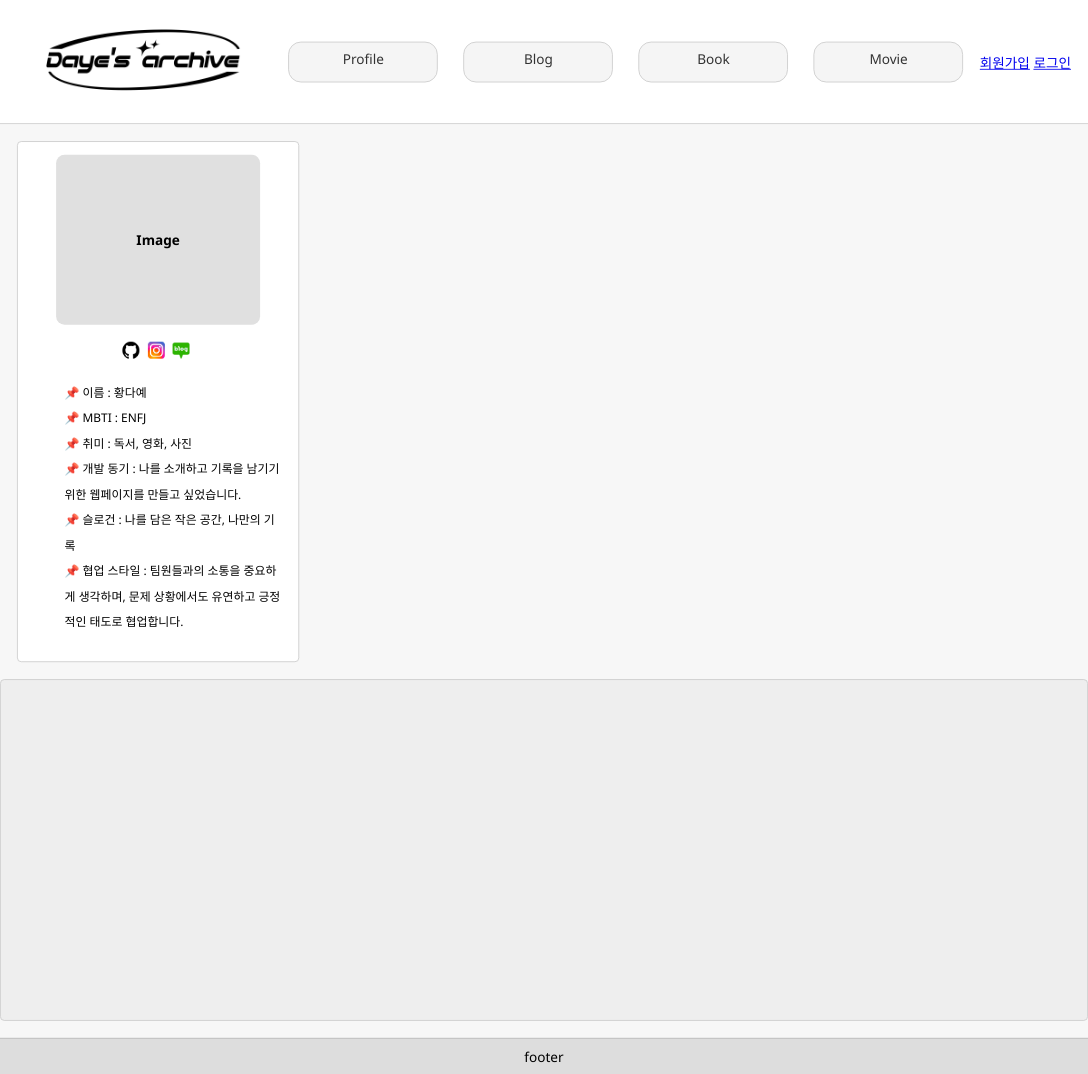
Repository: HWANG-DAYE/spring_project
Page: http://localhost/daye_archive/WEB-INF/views/main.jsp
The author's editor kept a copy of each file at every save. The page is drawn from the files as they stood at one save, then again after the next save.
The browser window is 1280 px wide. The pictures show the whole page, at 85% of full size.
The page is served by Tomcat 9. Nobody is signed in. Other server files are loaded and not shown. The template is opened directly, without the code that normally fills it, so the values that code supplies are empty.

Above is the page before, as saved 2025-08-06 08:10:19.

### daye_archive/src/main/webapp/WEB-INF/views/main.jsp
<%@ page language="java" contentType="text/html; charset=UTF-8"
	pageEncoding="UTF-8"%>
<%@ taglib uri="http://java.sun.com/jsp/jstl/core" prefix="c"%>
<!DOCTYPE html>
<html lang="ko">
<head>
<meta charset="UTF-8">
<title>메인 페이지</title>
<style>
body {
	margin: 10px;
	font-family: 'Segoe UI', Tahoma, Geneva, Verdana, sans-serif;
	background-color: #f7f7f7;
	font-family: 'Segoe UI', Tahoma, Geneva, Verdana, sans-serif;
}

header {
	display: flex;
	justify-content: space-between;
	align-items: center;
	padding: 10px 20px;
	background-color: #ffffff;
	border-bottom: 1px solid #ccc;
}

.container {
	display: flex;
	padding: 20px;
}

.profile {
	width: 300px;
	background-color: #fff;
	border: 1px solid #ccc;
	padding: 15px;
	border-radius: 5px;
	margin-right: 20px;
	text-align: center;
	align-items: center;
}

.profile .image-box {
	width: 80%;
	height: 200px;
	background-color: #e0e0e0;
	border-radius: 10px;
	margin: 0 auto 20px; /* 가운데 정렬을 위해 수정 */
	display: flex;
	justify-content: center;
	align-items: center;
	font-weight: bold;
}

.profile .sns {
	margin: 8px 0;
}

.profile .sns img {
	width: 20px;
	margin-right: 5px;
}

.profile ul {
	text-align: left;
	list-style: none;
	margin-top: 20px;
}

.profile li {
	font-size: 14px;
	line-height: 30px;
}

.content {
	flex: 1;
	background-color: #eeeeee;
	border: 1px solid #ccc;
	border-radius: 5px;
	min-height: 400px;
}

footer {
	text-align: center;
	padding: 10px;
	background-color: #ddd;
	border-top: 1px solid #bbb;
	margin-top: 20px;
}
</style>
</head>
<body>

	<header>
		<jsp:include page="navi.jsp" />
	</header>

	<div class="container">
		<div class="profile">
			<div class="image-box">Image</div>
				<div class="sns">
					<img src="<c:url value='/resources/images/git.png' />" alt="GitHub">
					<img src="<c:url value='/resources/images/insta.png' />" alt="Instagram">
					<img src="<c:url value='/resources/images/blog.png' />" alt="Blog">
				</div>
				<ul>
					<li>📌 이름 : 황다예</li>
					<li>📌 MBTI : ENFJ</li>
					<li>📌 취미 : 독서, 영화, 사진</li>
					<li>📌 개발 동기 : 나를 소개하고 기록을 남기기 위한 웹페이지를 만들고 싶었습니다.</li>
					<li>📌 슬로건 : 나를 담은 작은 공간, 나만의 기록</li>
					<li>📌 협업 스타일 : 팀원들과의 소통을 중요하게 생각하며, 문제 상황에서도 유연하고 긍정적인 태도로
						협업합니다.</li>
				</ul>
			</div>
		</div>

		<div class="content">
			<!-- 중앙 컨텐츠 영역 -->
		</div>

	<footer> footer </footer>

</body>
</html>

### daye_archive/src/main/webapp/WEB-INF/views/navi.jsp
<%@ page language="java" contentType="text/html; charset=UTF-8"
	pageEncoding="UTF-8"%>
<%@ taglib uri="http://java.sun.com/jsp/jstl/core" prefix="c"%>
<!DOCTYPE html>
<html>
<head>
<meta charset="UTF-8">
<title>Insert title here</title>
<style>
body {
	margin: 0;
	font-family: 'Segoe UI', Tahoma, Geneva, Verdana, sans-serif;
	background-color: #f7f7f7;
}

header {
	justify-content: space-between;
	align-items: center;
	padding: 10px 20px;
	background-color: #ffffff;
	border-bottom: 1px solid #ccc;
}

.logo-img {
	height: 80px;
	padding: 20px 30px;
	object-fit: contain;
}

.container {
	display: flex;
	padding: 20px;
}

.nav-links {
	display: flex;
	gap: 30px;
	justify-content: flex-start;
}

.nav-links a {
	width: 150px;
	height: 30px;
	text-decoration: none;
	text-align: center;
	color: #333;
	padding: 8px 12px;
	border-radius: 15px;
	border: 1px solid #ccc;
	background-color: #f5f5f5;
	transition: background-color 0.2s;
	display: flex;
	align-items: left;
	justify-content: center;
}

.nav-links a:hover {
	background-color: #e0e0e0;
}

.sign {
	gap: 30px;
	text-align: right;
}
</style>
</head>
<body>
	<!-- 로고 클릭 시 메인으로 이동 -->
	<div class="logo">
		<a href="<c:url value='/main.jsp' />"> <img
			src="<c:url value='/resources/images/logo1.png' />" alt="Logo"
			class="logo-img">
		</a>
	</div>

	<!-- 메뉴 링크들 -->
	<nav class="nav-links">
		<a href="<c:url value='/profile.jsp' />">Profile</a> <a
			href="<c:url value='/blog.jsp' />">Blog</a> <a
			href="<c:url value='/booklist.jsp' />">Book</a> <a
			href="<c:url value='/movielist.jsp' />">Movie</a>
	</nav>

	<!-- 로그인/회원가입 -->
	<div class="sign">
		<a href="<c:url value='/register.jsp' />">회원가입</a> <a
			href="<c:url value='/login.jsp' />">로그인</a>
	</div>

</body>
</html>

After the next save:
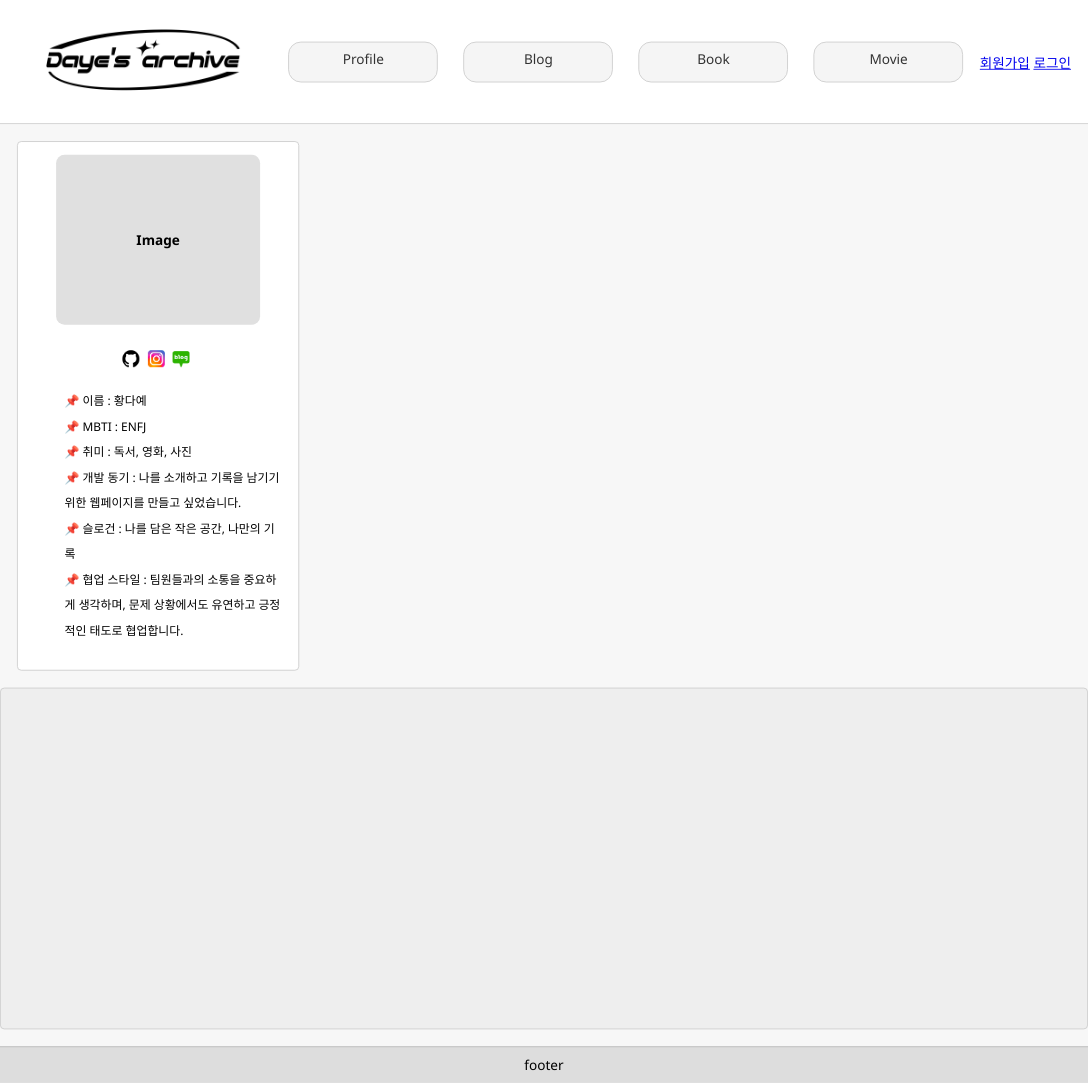
Saved 9 s later.
--- a/daye_archive/src/main/webapp/WEB-INF/views/main.jsp
+++ b/daye_archive/src/main/webapp/WEB-INF/views/main.jsp
@@ -44,7 +44,7 @@ header {
 	height: 200px;
 	background-color: #e0e0e0;
 	border-radius: 10px;
-	margin: 0 auto 20px; /* 가운데 정렬을 위해 수정 */
+	margin: 0 auto 30px; /* 가운데 정렬을 위해 수정 */
 	display: flex;
 	justify-content: center;
 	align-items: center;
